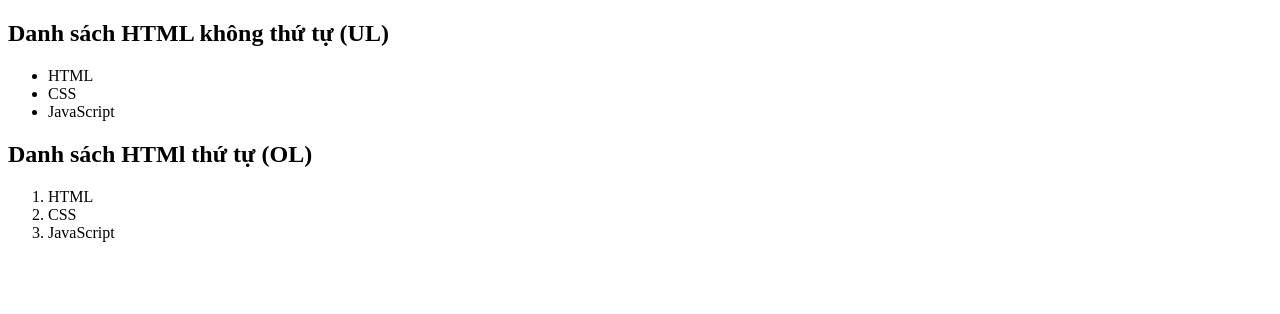
Repository: NhatMinh121/My_Project
Page: index.html
These files come from the project's save history. The page is drawn as it stood at one moment and after the next save; the edit follows.
The browser window is 1280 px wide. The pictures show the whole page.

Above is the page before, as saved 2025-03-08 19:06:37.

### index.html
<!DOCTYPE html>
<html lang="en">

<head>
    <meta charset="UTF-8">
    <meta name="viewport" content="width=device-width, initial-scale=1.0">
    <title>HTML Lists</title>
</head>

<body>
    <h2>Danh sách HTML không thứ tự (UL)</h2>
    <ul>
        <li>HTML</li>
        <li>CSS</li>
        <li>JavaScript</li>
    </ul>
    <h2>Danh sách HTMl thứ tự (OL)</h2>
    <ol>
        <li>HTML</li>
        <li>CSS</li>
        <li>JavaScript</li>
    </ol>
</body>

</html>

After the next save:
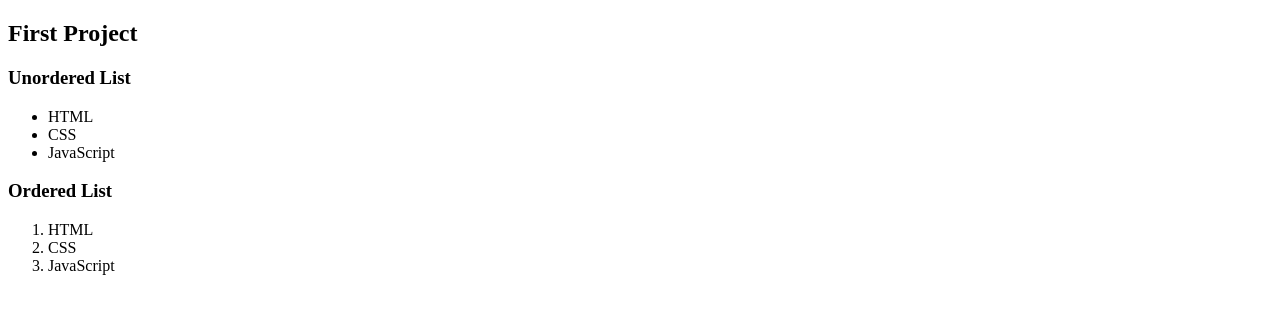
Saved 47 min 0 s later.
--- a/index.html
+++ b/index.html
@@ -8,18 +8,23 @@
 </head>
 
 <body>
-    <h2>Danh sách HTML không thứ tự (UL)</h2>
-    <ul>
-        <li>HTML</li>
-        <li>CSS</li>
-        <li>JavaScript</li>
-    </ul>
-    <h2>Danh sách HTMl thứ tự (OL)</h2>
-    <ol>
-        <li>HTML</li>
-        <li>CSS</li>
-        <li>JavaScript</li>
-    </ol>
+    <h2>First Project</h2>
+    <div>
+        <h3>Unordered List</h3>
+        <ul>
+            <li>HTML</li>
+            <li>CSS</li>
+            <li>JavaScript</li>
+        </ul>
+    </div>
+    <div>
+        <h3>Ordered List</h3>
+        <ol>
+            <li>HTML</li>
+            <li>CSS</li>
+            <li>JavaScript</li>
+        </ol>
+    </div>
 </body>
 
 </html>
